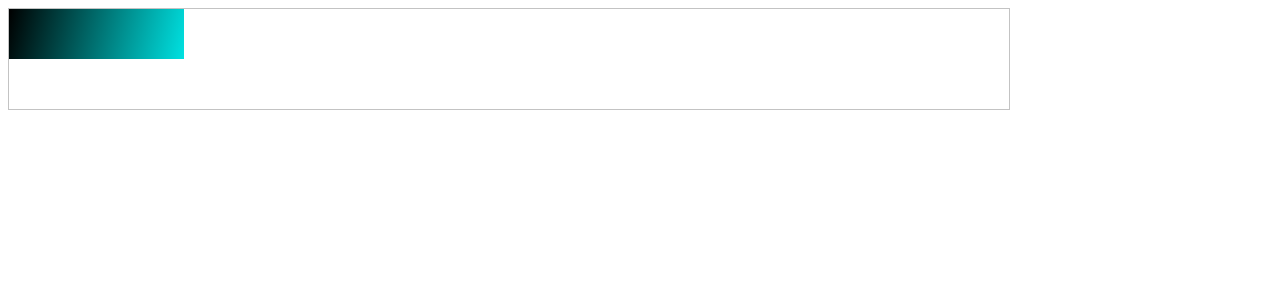
Repository: YukiXueyan/moquWebsite
Page: html/渐变.html
The author's editor kept a copy of each file at every save. The page is drawn from the files as they stood at one save, then again after the next save.
The browser window is 1280 px wide. The pictures show the whole page.

Above is the page before, as saved 2020-07-05 15:43:02.

### html/渐变.html
<!DOCTYPE HTML>
<html>
<body>

<canvas id="myCanvas" width="1000" height="100" style="border:1px solid #c3c3c3;">
Your browser does not support the canvas element.
</canvas>


<script type="text/javascript">

var c=document.getElementById("myCanvas");
var cxt=c.getContext("2d");
var grd=cxt.createLinearGradient(0,0,200,50);
grd.addColorStop(0,"#000000");
grd.addColorStop(1,"#00FFff");
cxt.fillStyle=grd;
cxt.fillRect(0,0,175,50);

</script>

</body>
</html>

After the next save:
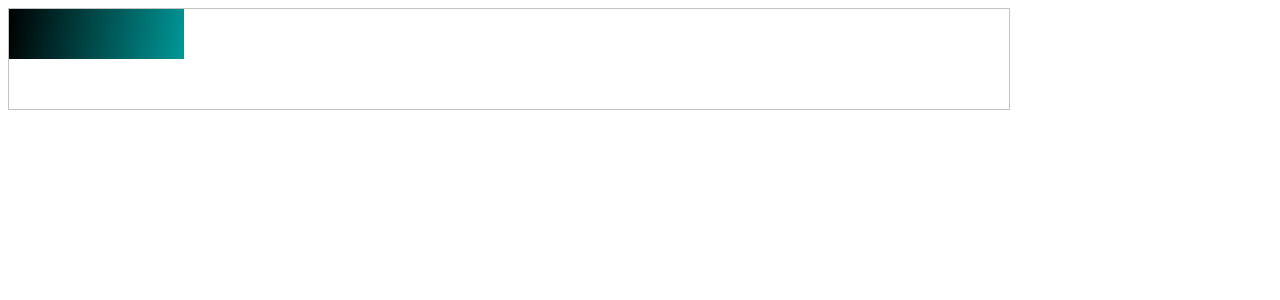
Saved 6 s later.
--- a/html/渐变.html
+++ b/html/渐变.html
@@ -11,7 +11,7 @@
 
 var c=document.getElementById("myCanvas");
 var cxt=c.getContext("2d");
-var grd=cxt.createLinearGradient(0,0,200,50);
+var grd=cxt.createLinearGradient(0,0,300,50);
 grd.addColorStop(0,"#000000");
 grd.addColorStop(1,"#00FFff");
 cxt.fillStyle=grd;

After the save that followed:
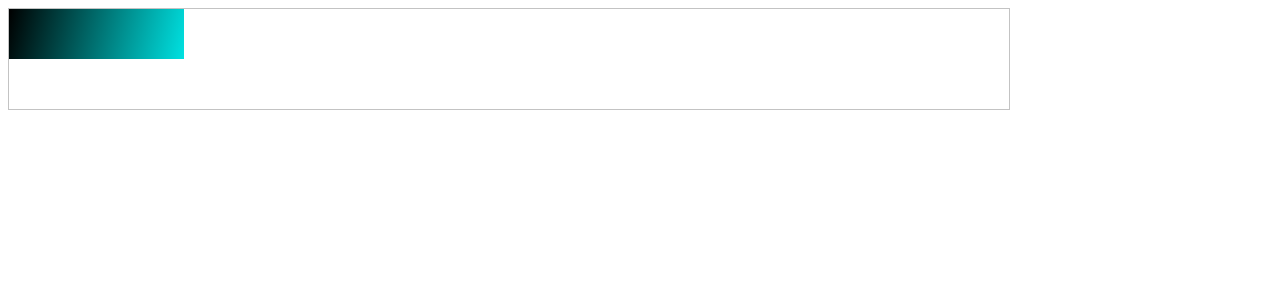
Saved 7 s later.
--- a/html/渐变.html
+++ b/html/渐变.html
@@ -11,7 +11,7 @@
 
 var c=document.getElementById("myCanvas");
 var cxt=c.getContext("2d");
-var grd=cxt.createLinearGradient(0,0,300,50);
+var grd=cxt.createLinearGradient(0,0,200,50);
 grd.addColorStop(0,"#000000");
 grd.addColorStop(1,"#00FFff");
 cxt.fillStyle=grd;
